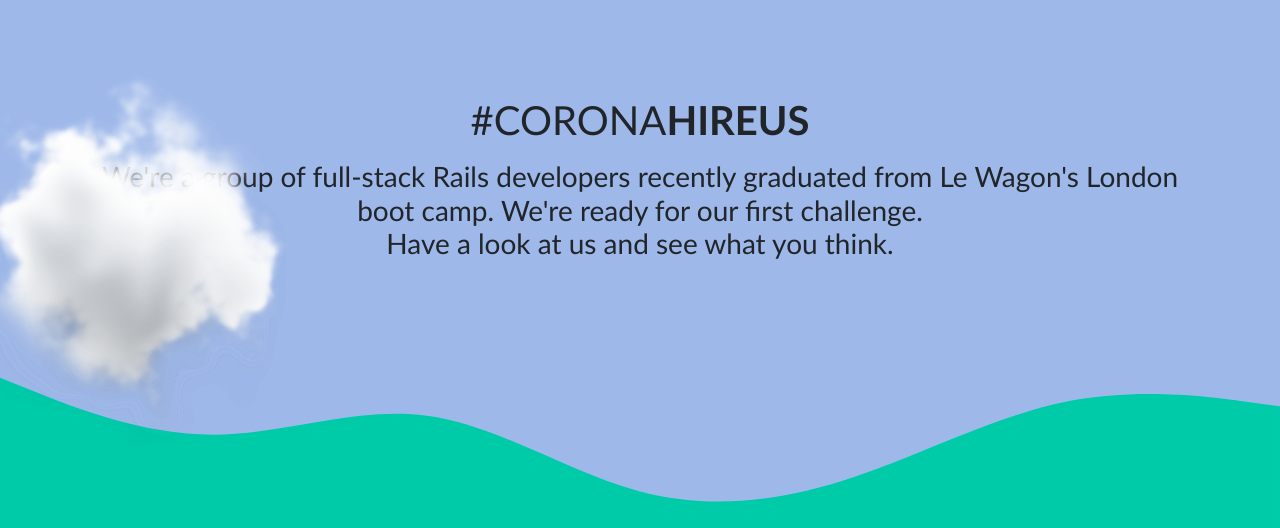
Repository: rahulkeerthi/coronahireus
Page: index.html
These files come from the project's save history. The page is drawn as it stood at one moment and after the next save; the edit follows.
The browser window is 1280 px wide. The pictures show the part of the page from y = 0 to 528 px (the page is 1328 px tall).
A picture or video elsewhere on the page could not be fetched, so the positions and the page height are approximate. Some web libraries are served in a nearby version.

Above is the page before, as saved 2020-03-28 01:52:53.

### index.html
<!DOCTYPE html>
<html lang="en">
<head>
    <meta charset="UTF-8">
    <meta name="viewport" content="width=device-width, initial-scale=1.0">
    <meta http-equiv="X-UA-Compatible" content="IE=edge">
    <title>Corona-Hire-Us</title>
    <link rel="stylesheet" href="style.css">
    <script src="main.js" defer></script>
    <link rel="shortcut icon" href="data:[embedded picture, 18 characters]" type="image/x-icon">
    <link rel="stylesheet" href="https://use.fontawesome.com/releases/v5.0.10/css/all.css">
    <link rel="stylesheet" href="https://stackpath.bootstrapcdn.com/bootstrap/4.3.1/css/bootstrap.min.css">
  </head>
<body>
    <div>
        <div class="wrapper">
            <div class="body-cloud" id="cloud1">
                <div class="cloud cloud-back" style="left: -25vw"></div>
                <div class="cloud cloud-mid" style="left: -25vw"></div>
                <div class="cloud cloud-front" style="left: -25vw"></div>
                <!--   77, 327,109, 841, 2319, 5032, 1094, 892, 6739, 512, 84 -->
                <svg width="0" height="0">
                <!--Top Layer-->
                    <filter id="filter-back">
                    <feTurbulence type="fractalNoise" baseFrequency="0.012" numOctaves="4" seed="0" />
                    <feDisplacementMap  in="SourceGraphic" scale="170" />
                    </filter>
                    <filter id="filter-mid">
                        <feTurbulence type="fractalNoise"  baseFrequency="0.012" numOctaves="2" seed="0"/>
                    <feDisplacementMap  in="SourceGraphic" scale="150" />
                    </filter>
                    <filter id="filter-front">
                        <feTurbulence type="fractalNoise" baseFrequency="0.012" numOctaves="2" seed="0"/>
                    <feDisplacementMap  in="SourceGraphic" scale="100" />
                    </filter>
                </svg>
            </div>
            <div class="body-cloud" id="cloud2">
                <div class="cloud cloud-back" style="left: -25vw"></div>
                <div class="cloud cloud-mid"></div>
                <div class="cloud cloud-front"></div>
                <!--   77, 327,109, 841, 2319, 5032, 1094, 892, 6739, 512, 84 -->
                <svg width="0" height="0">
                <!--Top Layer-->
                    <filter id="filter-back">
                    <feTurbulence type="fractalNoise" baseFrequency="0.012" numOctaves="4" seed="0" />
                    <feDisplacementMap  in="SourceGraphic" scale="170" />
                    </filter>
                    <filter id="filter-mid">
                        <feTurbulence type="fractalNoise"  baseFrequency="0.012" numOctaves="2" seed="0"/>
                    <feDisplacementMap  in="SourceGraphic" scale="150" />
                    </filter>
                    <filter id="filter-front">
                        <feTurbulence type="fractalNoise" baseFrequency="0.012" numOctaves="2" seed="0"/>
                    <feDisplacementMap  in="SourceGraphic" scale="100" />
                    </filter>
                </svg>
            </div>
            <div class="sky text-center">
                <h1 class="pt-5">#CORONA<strong>HIREUS</strong></h1>
                <h3 class="container py-2">We're a group of full-stack Rails developers recently graduated from Le Wagon's London boot camp. We're ready for our first challenge. <br>Have a look at us and see what you think.</h3>
            </div>
            <div class="hills">
                <svg xmlns="http://www.w3.org/2000/svg" viewBox="0 0 1440 320"><path fill="#00cba9" fill-opacity="1" d="M0,128L40,144C80,160,160,192,240,192C320,192,400,160,480,170.7C560,181,640,235,720,256C800,277,880,267,960,240C1040,213,1120,171,1200,154.7C1280,139,1360,149,1400,154.7L1440,160L1440,320L1400,320C1360,320,1280,320,1200,320C1120,320,1040,320,960,320C880,320,800,320,720,320C640,320,560,320,480,320C400,320,320,320,240,320C160,320,80,320,40,320L0,320Z"></path></svg>
            </div>
            <div class="field">
                <div class="container pt-5" id="card-container">
                    <div class="card-profile invisible">
                        <img src="https://kitt.lewagon.com/placeholder/users/rahulkeerthi" />
                        <div class="card-profile-infos">
                          <h2>Rahul Keerthi</h2>
                          <p>Interest in <strong>full-stack, front-end and back-end</strong>. TMT strategy consultant background.</p>
                          <p>Currently learning React.</p>
                        </div>
                        <div class="card-links">
                            <a href="https://twitter.com/diegegenpress" target="_blank"><i class="fab fa-twitter"></i></a>
                            <a href="https://github.com/rahulkeerthi/" target="_blank"><i class="fab fa-github"></i></a>
                            <a href="https://www.linkedin.com/in/rahulkeerthi" target="_blank"><i class="fab fa-linkedin"></i></a>
                        </div>
                    </div>
                    <div class="card-profile invisible">
                        <img src="https://kitt.lewagon.com/placeholder/users/domferris" />
                        <div class="card-profile-infos">
                          <h2>Dom Ferris</h2>
                          <p>Interest in <strong>full-stack and front-end</strong>. Visual arts background.</p>
                          <p>Currently working an MVP.</p>
                        </div>
                        <div class="card-links">
                            <a href="https://twitter.com/CoronaHire" target="_blank"><i class="fab fa-twitter"></i></a>
                            <a href="https://github.com/rahulkeerthi/coronahireus" target="_blank"><i class="fab fa-github"></i></a>
                            <a href="#" target="_blank"><i class="fab fa-linkedin"></i></a>
                        </div>
                    </div>
                    <div class="card-profile invisible">
                        <img src="https://kitt.lewagon.com/placeholder/users/magdacembor" />
                        <div class="card-profile-infos">
                          <h2>Magda Cembor</h2>
                          <p>Interest in <strong>full-stack, front-end and back-end</strong>. Visual arts background.</p>
                          <p>Currently learning node.js and React.</p>
                        </div>
                        <div class="card-links">
                            <a href="https://twitter.com/CoronaHire" target="_blank"><i class="fab fa-twitter"></i></a>
                            <a href="https://github.com/rahulkeerthi/coronahireus" target="_blank"><i class="fab fa-github"></i></a>
                            <a href="#" target="_blank"><i class="fab fa-linkedin"></i></a>
                        </div>
                    </div>
                    <div class="card-profile invisible">
                        <img src="https://kitt.lewagon.com/placeholder/users/katsuu" />
                        <div class="card-profile-infos">
                          <h2>Katrina Au</h2>
                          <p>Interest in <strong>full-stack and front-end</strong>. Product owner background.</p>
                          <p>Currently working on an MVP.</p>
                        </div>
                        <div class="card-links">
                            <a href="https://twitter.com/CoronaHire" target="_blank"><i class="fab fa-twitter"></i></a>
                            <a href="https://github.com/rahulkeerthi/coronahireus" target="_blank"><i class="fab fa-github"></i></a>
                            <a href="#" target="_blank"><i class="fab fa-linkedin"></i></a>
                        </div>
                    </div>
                </div>
            </div>
        </div>
    </div>
    <div class="footer">
        <div class="footer-links">
            <a href="https://twitter.com/CoronaHire"><i class="fab fa-twitter"></i></a>
            <a href="https://github.com/rahulkeerthi/coronahireus"><i class="fab fa-github"></i></a>
            <a href="#"><i class="fab fa-linkedin"></i></a>
        </div>
        <div class="footer-copyright">
          Made with <i class="fas fa-heart"></i> by Rahul Keerthi (Le Wagon #361)
        </div>
      </div>
</body>
</html>

### style.css
body p {
    font-family: 'Lucida Sans', 'Lucida Sans Regular', 'Lucida Grande', 'Lucida Sans Unicode', Geneva, Verdana, sans-serif;
}

body h1 {
    font-family: 'Gill Sans', 'Gill Sans MT', Calibri, 'Trebuchet MS', sans-serif;
}

body h3 {
    font-family: 'Gill Sans', 'Gill Sans MT', Calibri, 'Trebuchet MS', sans-serif;
}

/* PAGE STRUCTURE */

.wrapper {
    /* position: relative; */
}

.sky {
    background-color: #9eb8e9;
    height: 30vh;
}

.sky h1 {
    z-index: 100;
}

.sky h3 {
    z-index: 100;
}

.hills {
    background-color: #9eb8e9;
}

.field {
    background-color: #00cba9;
    min-height: 100vh;
}

/* PROFILE CARDS */

#card-container {
    display: grid;
    grid-template-columns: 1fr 1fr;
    column-gap: 1rem;
    row-gap: 1rem;
}

.card-profile {
    overflow: hidden;
    height: 160px;
    background: white;
    box-shadow: 2px 2px 15px rgba(0,0,0,0.4);
    display: flex;
    justify-content: space-between;
    align-items: center;
    transition: all 1s ease;
  }

  .card-profile img {
    height: 100%;
    width: 120px;
    object-fit: cover;
  }

  .card-profile h2 {
    font-size: 16px;
    font-weight: bold;
    margin: 0;
  }

  .card-profile p {
    font-size: 12px;
    line-height: 1.4;
    opacity: .7;
    margin-bottom: 0;
    margin-top: 8px;
  }

  .card-profile .card-profile-infos {
    padding: 0 1rem;
  }

  .card-links {
    width: 20%;
    align-items: center;
    padding: 0 1rem;
  }
  .card-links a {
    color: black;
    opacity: 0.15;
    text-decoration: none;
    font-size: 1.5rem;
    padding: 0 0.5rem;
  }
  .card-links a:hover {
    color: #016151;
    opacity: 1;
  }

  .invisible {
      opacity: 0;
  }

/* FOOTER, BASED ON LE WAGON UI KIT */

.footer {
    background: #F4F4F4;
    display: flex;
    align-items: center;
    justify-content: space-between;
    height: 60px;
    padding: 0px 50px;
    color: rgba(0,0,0,0.3);
  }
  .footer-links {
    display: flex;
    align-items: center;
  }
  .footer-links a {
    color: black;
    opacity: 0.15;
    text-decoration: none;
    font-size: 24px;
    padding: 0px 10px;
  }
  .footer-links a:hover {
    color: #016151;
    opacity: 1;
  }

  .footer .fa-heart {
    color: #D23333;
  }

  /* CLOUD */

.body-cloud {
  /* width: 100vw;
  height: 100vh;
  background: linear-gradient(165deg, #527785 0%, #527785 100%); */
/*   background: linear-gradient(165deg, #527785 0%, #527785 100%); */
  /* padding: 1%; */
  background-color: #9eb8e9;
  overflow: hidden;
}

.cloud {
  width: 300px;
  height: 250px;
  border-radius: 50%;
  position: absolute;
  top: -25vh;
  left: -25vw;
}

.cloud-back {
  filter: url(#filter-back);
  box-shadow: 300px 300px 30px -20px #fff;
}

.cloud-mid {
  filter: url(#filter-mid);
  box-shadow: 300px 340px 70px -60px rgba(158, 168, 179, 0.5);
    left: -25vw;
}

.cloud-front {
  filter: url(#filter-front);
  box-shadow: 300px 370px 60px -100px rgba(0, 0, 0, 0.3);
    left: -25vw;
}

### main.js
const removeInvisible = () => {
    const y = window.scrollY;
    const cards = document.querySelectorAll('.card-profile')
    // console.log(window.scrollY);
    if (y >= 150) {
        cards.forEach((card) => {
            card.classList.remove('invisible');
        })
    };
};

window.addEventListener('scroll', removeInvisible);

const moveCloud = () => {
    const clouds = document.querySelectorAll('.cloud')
    let leftPosition = 0;
    leftPosition = leftPosition + 1;
    clouds.forEach((cloud) => {
        console.log(cloud);
        // cloud.css("left", leftPosition + "vw");
    })
}

setInterval(moveCloud, 2000);


// $(document).ready(function(){
//     var bgPosition = 0;
//     function drift(){
//       bgPosition = bgPosition - 1;
//       $("#cloud1").css("background-position", bgPosition + "px");
//    $("#cloud2").css("background-position", bgPosition + "px")
//     };
//   });

After the next save:
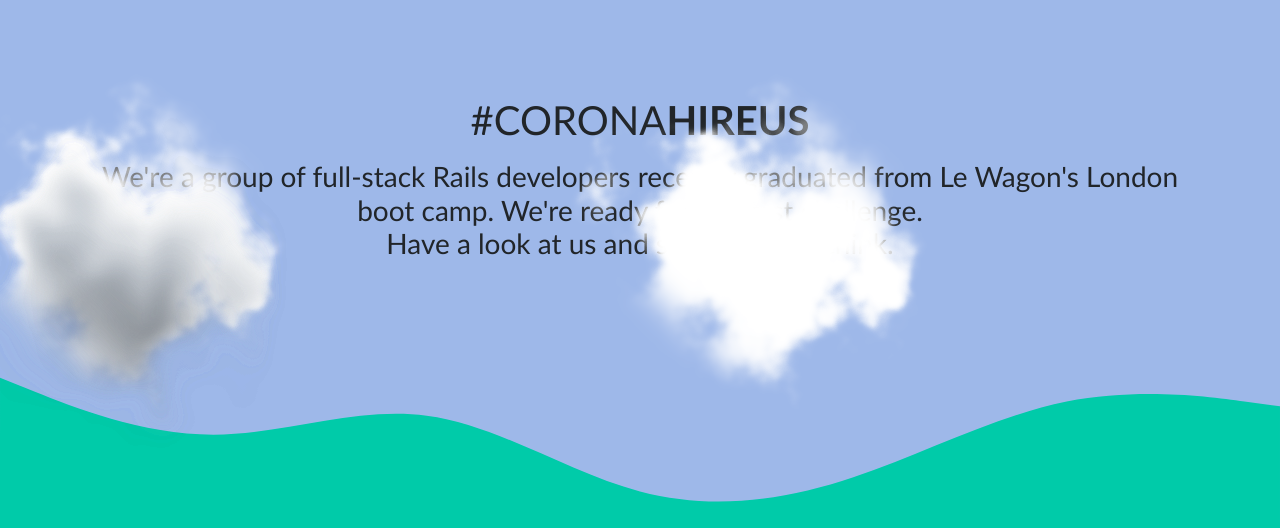
Saved 4 s later.
--- a/index.html
+++ b/index.html
@@ -36,7 +36,7 @@
                 </svg>
             </div>
             <div class="body-cloud" id="cloud2">
-                <div class="cloud cloud-back" style="left: -25vw"></div>
+                <div class="cloud cloud-back" style="left: 25vw"></div>
                 <div class="cloud cloud-mid"></div>
                 <div class="cloud cloud-front"></div>
                 <!--   77, 327,109, 841, 2319, 5032, 1094, 892, 6739, 512, 84 -->
